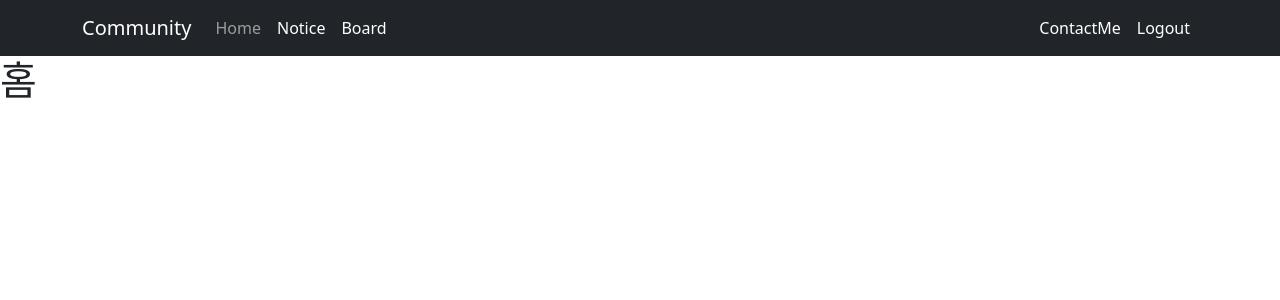
Repository: yangddoddi/community_react
Page: /
An editor plug-in stored every save of this project. The page is shown before and after the next save, followed by the edit.
The browser window is 1280 px wide. The pictures show the whole page.
The page's requests for data from a server got no answer. The project was rebuilt for these pictures with package versions that can differ from the ones it lists, and the page was loaded fresh each time. No one was signed in, and anything a server would have sent is missing. Also part of the build but not shown: src/pages/Join.js, src/pages/Login.js, src/pages/PostItem.js, src/pages/Posts.js, src/pages/Write.js.

Above is the page before, as saved 2022-09-06 23:48:02.

After the next save:
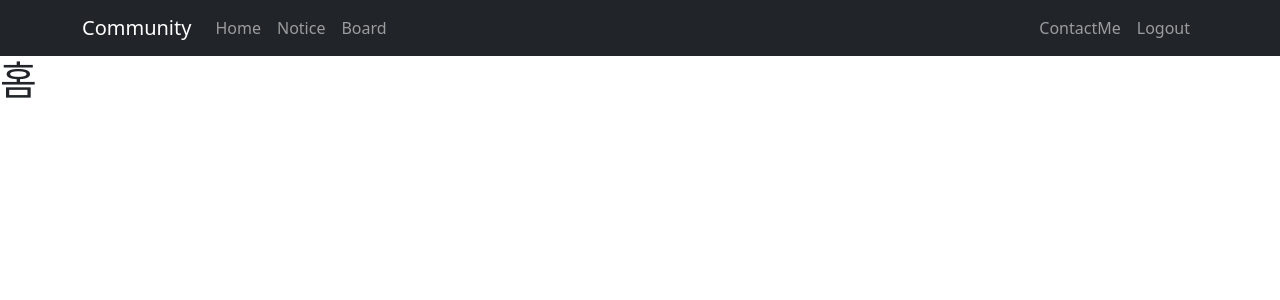
Saved 38 s later.
--- a/src/pages/header/Header.js
+++ b/src/pages/header/Header.js
@@ -35,27 +35,19 @@ export const Header = () => {
             <Nav.Link as={Link} to="/" className="header_title">
               Home
             </Nav.Link>
-            <Nav.Link>
-              <StyledLink to="/posts/notice" className="nav_btn">
-                Notice
-              </StyledLink>
+            <Nav.Link as={Link} to="/" className="header_title">
+              Notice
             </Nav.Link>
-            <Nav.Link>
-              <StyledLink to="/posts/board" className="nav_btn">
-                Board
-              </StyledLink>
+            <Nav.Link as={Link} to="/" className="header_title">
+              Board
             </Nav.Link>
           </Nav>
           <Nav className="right">
-            <Nav.Link>
-              <StyledLink to="/contact" className="nav_btn">
-                ContactMe
-              </StyledLink>
+            <Nav.Link as={Link} to="/" className="header_title">
+              ContactMe
             </Nav.Link>
-            <Nav.Link>
-              <StyledLink to="/" className="nav_btn" onClick={logoutHandler}>
-                Logout
-              </StyledLink>
+            <Nav.Link as={Link} to="/" className="header_title">
+              Logout
             </Nav.Link>
           </Nav>
         </Container>
